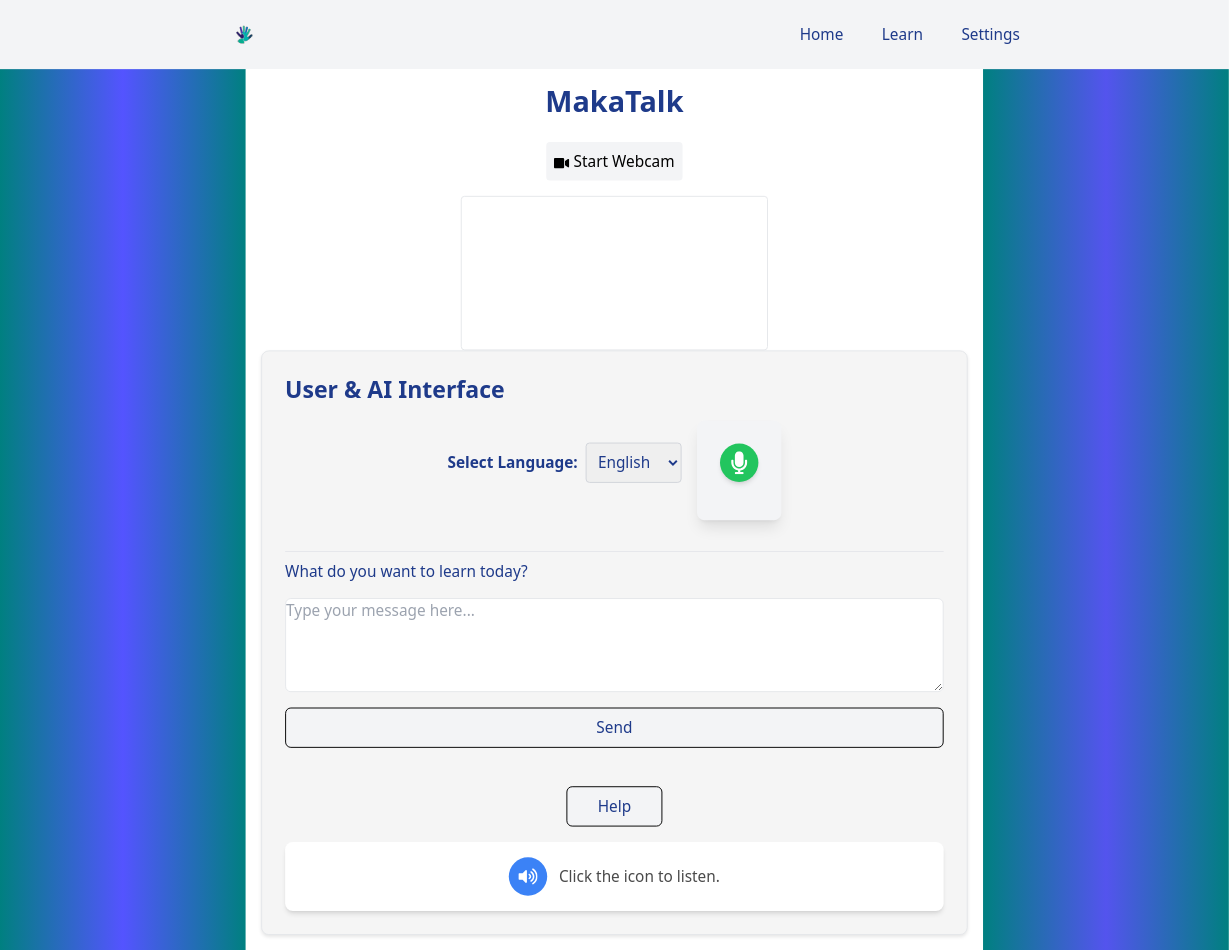
Repository: maria2469/MakaTalk
Page: /learn
These files come from the project's save history. The page is drawn as it stood at one moment and after the next save; the edit follows.
The browser window is 1280 px wide. The pictures show the whole page, at 96% of full size.
The page's requests for data from a server got no answer. The project was rebuilt for these pictures with package versions that can differ from the ones it lists, and the page was loaded fresh each time. No one was signed in, and anything a server would have sent is missing. Also part of the build but not shown: vite.config.js, src/components/LandingPage/Landing.jsx.

Above is the page before, as saved 2024-10-10 14:44:52.

### index.html
<!doctype html>
<html lang="en">
  <head>
    <meta charset="UTF-8" />
    <link rel="icon" type="image/svg+xml" href="/images/MakaTalkLogo.svg" />
    <meta name="viewport" content="width=device-width, initial-scale=1.0" />
    <title>MakaTalk</title>
  </head>
  <body>
    <div id="root"></div>
    <script type="module" src="/src/main.jsx"></script>
  </body>
</html>

### src/main.jsx

console.log('main.js loaded'); // Add this line


import { StrictMode } from 'react'
import { createRoot } from 'react-dom/client'
import App from './App.jsx'
import './index.css'

createRoot(document.getElementById('root')).render(
  <StrictMode>

    <App />
  </StrictMode>,
)

### src/App.jsx
import React from "react";
import { BrowserRouter as Router, Routes, Route } from "react-router-dom";
import Landing from "./components/LandingPage/Landing";
import Learn from "./components/Learn/Learn";

const App = () => {
  return (
    <Router>
      <Routes>
        <Route path="/" element={<Landing />} />
        <Route path="/learn" element={<Learn />} />
      </Routes>
    </Router>
  );
};

export default App;

### src/components/LandingPage/Navbar.jsx
import React from 'react';

const Navbar = () => {
  return (
    <div className="flex items-center justify-around p-3 bg-gray-100 text-blue-900 gap-40">
      <img src="/images/MakaTalkLogo.svg" alt="Logo" className="h-12 w-auto ml-5 justify-start" /> {/* Logo aligned to the extreme left */}
      <div className="flex space-x-10 mr-2 justify-center ">
        <p className="cursor-pointer hover:text-black">Home</p>
        <p className="cursor-pointer hover:text-black">Learn</p>
        <p className="cursor-pointer hover:text-black">Settings</p>
      </div>
    </div>
  );
}

export default Navbar;

### src/components/Choices/Colors/Colors.jsx
// Colors.js
const colorOptions = {
    black: {
        image: './images/BlackSIG.svg', // Ensure this path is correct
        instructions: 'To sign black, hold your hand flat and move it across your chest.',
    },
    blue: {
        image: './images/BlueSIG.svg', // Ensure this path is correct
        instructions: 'To sign blue, wave your hand near your chest.',
    },
    brown: {
        image: './images/BrownSIG.svg', // Ensure this path is correct
        instructions: 'To sign brown, use a flat hand and tap it on your forehead.',
    },
    gold: {
        image: './images/GoldSIG.svg', // Ensure this path is correct
        instructions: 'To sign gold, touch your fingers to your chin and move down.',
    },
    green: {
        image: './images/GreenSIG.svg', // Ensure this path is correct
        instructions: 'To sign green, point your finger up and wiggle it.',
    },
    grey: {
        image: './images/GreySIG.svg', // Ensure this path is correct
        instructions: 'To sign grey, make a “G” shape with your hand.',
    },
    orange: {
        image: './images/OrangeSIG.svg', // Ensure this path is correct
        instructions: 'To sign orange, use a fist and tap it on your side.',
    },
    pink: {
        image: './images/PinkSIG.svg', // Ensure this path is correct
        instructions: 'To sign pink, extend your pinky finger and wave it.',
    },
    purple: {
        image: './images/PurpleSIG.svg', // Ensure this path is correct
        instructions: 'To sign purple, move your hand in a circular motion.',
    },
    red: {
        image: './images/RedSIG.svg', // Ensure this path is correct
        instructions: 'To sign red, extend your hand and touch your chin.',
    },
    silver: {
        image: './images/SilverSIG.svg', // Ensure this path is correct
        instructions: 'To sign silver, make a fist and tap it on your wrist.',
    },
    white: {
        image: './images/WhiteSIG.svg', // Ensure this path is correct
        instructions: 'To sign white, wave your hand in front of your chest.',
    },
    yellow: {
        image: './images/YellowSIG.svg', // Ensure this path is correct
        instructions: 'To sign yellow, make a “Y” shape with your hand and shake it.',
    },
    // Add more colors and their corresponding images and instructions as needed
};

export default colorOptions;

### src/components/Languagedropdown/Language.jsx
import React from 'react';

const LanguageDropdown = ({ selectedLanguage, onLanguageChange, languages }) => {
  // Default language options in case languages aren't passed as props
  const defaultLanguages = [
    { code: 'en', label: 'English' },
    { code: 'es', label: 'Spanish' },
    { code: 'fr', label: 'French' },
    { code: 'de', label: 'German' },
    { code: 'zh', label: 'Chinese' },
    // Add more languages as needed
  ];

  const availableLanguages = languages || defaultLanguages; // Use passed languages or default

  return (
    <div className="language-dropdown mb-4">
      <label htmlFor="languageSelect" className="font-bold mr-2">
        Select Language:
      </label>
      <select
        id="languageSelect"
        aria-label="Select language"
        value={selectedLanguage}
        onChange={onLanguageChange} // Pass the handler from the parent
        className="border border-gray-300 rounded p-2"
      >
        {availableLanguages.map((lang) => (
          <option key={lang.code} value={lang.code}>
            {lang.label}
          </option>
        ))}
      </select>
    </div>
  );
};

export default LanguageDropdown;

### src/components/UserAiResponse/UserAiResponse.jsx
import React from 'react';

const UserAiResponse = ({ aiResponse, userInput, onInputChange, onSubmit }) => {
    return (
        <div className="flex flex-col">
            <div className="ai-response mb-4">
                <p>{aiResponse}</p>
            </div>
            <textarea
                placeholder="Type your message here..."
                rows="4"
                value={userInput}
                onChange={onInputChange}
            />
            <button className="common-button mt-4" onClick={onSubmit}>
                Send
            </button>
        </div>
    );
};

export default UserAiResponse;

### src/components/VoiceToVoice/VoiceToVoiceButton.jsx
import React, { useState } from 'react';
import { FaMicrophone } from 'react-icons/fa';
import UserAiResponse from '../UserAiResponse/UserAiResponse';
import TextToSpeech from '../TextToSpeech/TextToSpeech'; // Import the new TextToSpeech component

const VoiceToVoiceButton = ({ selectedLanguage }) => {
    const [userInput, setUserInput] = useState('');
    const [aiResponse, setAiResponse] = useState('');
    const [isProcessing, setIsProcessing] = useState(false);
    const [isListening, setIsListening] = useState(false);

    // Function to handle API call to backend
    const handleApiCall = async (inputText) => {
        setIsProcessing(true);

        try {
            const response = await fetch('/api/process-input', {
                method: 'POST',
                headers: {
                    'Content-Type': 'application/json',
                },
                body: JSON.stringify({
                    text: inputText,
                    language: selectedLanguage,
                }),
            });

            const data = await response.json();
            setAiResponse(data.response);
        } catch (error) {
            console.error('API call failed:', error);
        } finally {
            setIsProcessing(false);
        }
    };

    const handleInputChange = (event) => {
        setUserInput(event.target.value);
    };

    const handleSubmit = () => {
        if (userInput.trim()) {
            handleApiCall(userInput);
            setUserInput('');
        }
    };

    const handleSpeechRecognition = () => {
        if (!window.SpeechRecognition && !window.webkitSpeechRecognition) {
            console.error('SpeechRecognition is not supported in this browser');
            return;
        }

        const SpeechRecognition =
            window.SpeechRecognition || window.webkitSpeechRecognition;
        const recognition = new SpeechRecognition();

        recognition.lang = selectedLanguage;
        recognition.interimResults = false;
        recognition.continuous = false;

        recognition.onstart = () => setIsListening(true);

        recognition.onresult = (event) => {
            const transcriptedText = Array.from(event.results)
                .map((result) => result[0].transcript)
                .join('');
            handleApiCall(transcriptedText);
        };

        recognition.onend = () => setIsListening(false);
        recognition.onerror = (event) => console.error('SpeechRecognition error:', event.error);

        recognition.start();
    };

    return (
        <div className="voice-to-voice-button flex flex-col items-center p-6 bg-gray-100 rounded-lg shadow-lg">
            <div className="flex mb-4">
                <button
                    onClick={handleSpeechRecognition}
                    className={`p-2 rounded-full transition-colors duration-300 ${isListening ? 'bg-red-500' : 'bg-green-500 hover:bg-green-600'} text-white shadow-md`}
                    disabled={isProcessing}
                    aria-label="Voice Input"
                >
                    <FaMicrophone size={24} />
                </button>
            </div>

            {isProcessing && <p className="text-gray-600">Processing...</p>}

            {/* TextToSpeech Component for user input */}
            {userInput && (
                <div className="mt-2">
                    <TextToSpeech text={userInput} selectedLanguage={selectedLanguage} />
                </div>
            )}

            {/* TextToSpeech Component to play AI response in the selected language */}
            {aiResponse && (
                <div className="mt-2">
                    <TextToSpeech text={aiResponse} selectedLanguage={selectedLanguage} />
                </div>
            )}
        </div>
    );
};

export default VoiceToVoiceButton;

### src/components/TextToSpeech/TextToSpeech.jsx
import React, { useEffect, useState } from 'react';
import { FaVolumeUp } from 'react-icons/fa';
import "./TextToSpeech.css"

const TextToSpeech = ({ text, selectedLanguage }) => {
    const [isSpeaking, setIsSpeaking] = useState(false);

    const handleSpeak = () => {
        if (!text) return;

        // Initialize speech synthesis
        const synth = window.speechSynthesis;
        const utterance = new SpeechSynthesisUtterance(text);

        // Set language for speech synthesis
        utterance.lang = selectedLanguage;

        // Set speaking state to true when speaking starts
        utterance.onstart = () => {
            setIsSpeaking(true);
        };

        // Reset speaking state when speaking ends
        utterance.onend = () => {
            setIsSpeaking(false);
        };

        // Cancel any ongoing speech before starting a new one
        if (synth.speaking) {
            synth.cancel();
        }

        // Start speaking
        synth.speak(utterance);
    };

    return (
        <div className="text-to-speech flex items-center justify-center p-4 rounded-lg shadow-md bg-white">
            <button
                onClick={handleSpeak}
                className={`p-3 rounded-full transition-colors duration-200 ${isSpeaking ? 'bg-gray-500' : 'bg-blue-500 hover:bg-blue-600'} text-white`}
                disabled={isSpeaking}
                aria-label="Play Audio" // Added for accessibility
            >
                <FaVolumeUp size={20} />
            </button>
            <p className="ml-3 text-gray-800 font-medium">{isSpeaking ? `Speaking: ${text}` : 'Click the icon to listen.'}</p>
        </div>
    );
};

export default TextToSpeech;

### src/components/Learn/Webcam/Webcam.jsx
import React, { useRef, useState, useEffect } from 'react';
import { FaVideo, FaVideoSlash } from 'react-icons/fa'; // Import video and stop icons

const WebcamStream = () => {
  const videoRef = useRef(null);
  const canvasRef = useRef(null);
  const [isStreaming, setIsStreaming] = useState(false); // Toggle between streaming states
  const socket = useRef(null);

  useEffect(() => {
    // Setup WebSocket connection
    socket.current = new WebSocket("ws://localhost:5000"); // Assuming backend is running on localhost:5000
    socket.current.onopen = () => console.log("Connected to server");
    socket.current.onclose = () => console.log("Disconnected from server");

    return () => {
      if (socket.current) socket.current.close();
    };
  }, []);

  const startWebcam = async () => {
    try {
      const stream = await navigator.mediaDevices.getUserMedia({ video: true });
      videoRef.current.srcObject = stream;
      videoRef.current.play();
      setIsStreaming(true); // Webcam is now streaming
      captureFrames();
    } catch (error) {
      console.error("Error accessing webcam:", error);
    }
  };

  const stopWebcam = () => {
    const stream = videoRef.current.srcObject;
    const tracks = stream?.getTracks();
    if (tracks) {
      tracks.forEach(track => track.stop()); // Stop each track of the stream
      videoRef.current.srcObject = null; // Clear the video source
      setIsStreaming(false); // Webcam is no longer streaming
    }
  };

  const captureFrames = () => {
    if (!isStreaming || !videoRef.current || !canvasRef.current) return;

    const context = canvasRef.current.getContext('2d');
    const width = videoRef.current.videoWidth;
    const height = videoRef.current.videoHeight;

    // Set canvas dimensions to match the video element
    canvasRef.current.width = width;
    canvasRef.current.height = height;

    // Draw the current frame onto the canvas
    context.drawImage(videoRef.current, 0, 0, width, height);

    // Send the frame as an image data URL to the backend via WebSocket
    const frameData = canvasRef.current.toDataURL('image/jpeg'); // Convert the frame to a JPEG image
    socket.current.send(frameData); // Send the image data to the backend

    // Capture the next frame in the next animation frame
    requestAnimationFrame(captureFrames);
  };

  return (
    <div className="flex flex-col items-center">
      <button
        onClick={isStreaming ? stopWebcam : startWebcam} // Toggle between starting and stopping webcam
        className="mb-4 p-2 bg-gray-100 text-black rounded hover:bg-gray-200"
      >
        {isStreaming ? (
          <FaVideoSlash className="inline-block text-black" /> // Show stop icon when streaming
        ) : (
          <FaVideo className="inline-block text-black" /> // Show start icon when not streaming
        )}
        {isStreaming ? ' Stop Webcam' : ' Start Webcam'} {/* Toggle button label */}
      </button>
      <video ref={videoRef} width="320" height="240" className="border rounded" />
      <canvas ref={canvasRef} style={{ display: 'none' }} />
    </div>
  );
};

export default WebcamStream;

### src/components/Learn/Help/Help.jsx
import React, { useState } from 'react';
import GifStore from '../../GifStore/GifStore';

const Help = () => {
  const [isOpen, setIsOpen] = useState(false);
  const [helpOption, setHelpOption] = useState('');
  const [selectedGif, setSelectedGif] = useState('');

  const toggleHelpMenu = () => {
    setIsOpen((prev) => !prev);
    if (!isOpen) {
      setHelpOption(''); // Reset when closing
      setSelectedGif('');
    }
  };

  const handleOptionSelect = (option) => {
    setHelpOption(option);
    setIsOpen(false);
  };

  const handleColorSelect = (color) => {
    const gif = GifStore.getGif(color);
    setSelectedGif(gif || '');
    if (!gif) console.error(`GIF not found for the color: ${color}`);
  };

  const renderHelpOptions = () => (
    <div className="help-options bg-white border rounded shadow-md mt-2 p-4">
      <h3 className="font-bold mb-2">Select Help Option:</h3>
      {['AI', 'GIFs'].map((option) => (
        <button key={option} className="common-button" onClick={() => handleOptionSelect(option)}>
          Help from {option}
        </button>
      ))}
    </div>
  );

  const renderGifHelp = () => (
    <div className="gif-help mt-4">
      <h4 className="font-bold">Select a color for GIF help:</h4>
      {GifStore.colorGifs && Object.keys(GifStore.colorGifs).length > 0 ? (
        Object.keys(GifStore.colorGifs).map((color) => (
          <button key={color} className="common-button m-1" onClick={() => handleColorSelect(color)}>
            {color.charAt(0).toUpperCase() + color.slice(1)}
          </button>
        ))
      ) : (
        <p>No GIFs available. Please check GifStore configuration.</p>
      )}
      {selectedGif && <img src={selectedGif} alt="Color GIF" className="mt-2 w-full" />}
    </div>
  );

  const renderAIHelp = () => (
    <div className="ai-help mt-4">
      <h4 className="font-bold">AI Assistance</h4>
      <p>Here is some AI-powered assistance.</p>
      {/* Add your AI interaction logic here */}
    </div>
  );

  return (
    <div className="flex flex-col items-center mt-10">
      <button className="common-button" onClick={toggleHelpMenu}>Help</button>
      {isOpen && renderHelpOptions()}
      {helpOption === 'GIFs' && renderGifHelp()}
      {helpOption === 'AI' && renderAIHelp()}
    </div>
  );
};

export default Help;

### src/components/TextToSpeech/TextToSpeech.css
.text-to-speech {
    display: flex;
    align-items: center;
    justify-content: start;
    padding: 16px; /* Adjusted padding */
    border-radius: 8px; /* Rounded corners */
    background-color: #fff; /* White background for better contrast */
    box-shadow: 0 2px 4px rgba(0, 0, 0, 0.1); /* Subtle shadow */
    margin-top: 16px; /* Lift the component with top margin */
}

.text-to-speech button {
    padding: 10px; /* Added padding for better clickability */
    border-radius: 50%; /* Fully rounded button */
    transition: background-color 0.2s; /* Smooth transition for hover effect */
}

.text-to-speech p {
    margin-left: 12px; /* Space between button and text */
    color: #4A4A4A; /* Darker text color for better readability */
    font-weight: 500; /* Medium font weight */
}

### src/components/GifStore/GifStore.jsx
const colorGifs = {
  black: '/gifs/black.gif',
  blue: '/gifs/blue.gif',
  brown: '/gifs/brown.gif',
  gold: '/gifs/gold.gif',
  green: '/gifs/green.gif',
  grey: '/gifs/grey.gif',
  orange: '/gifs/orange.gif',
  pink: '/gifs/pink.gif',
  purple: '/gifs/purple.gif',
  red: '/gifs/red.gif',
  silver: '/gifs/silver.gif',
  white: '/gifs/white.gif',
  yellow: '/gifs/yellow.gif',
};

// Export the GIFs and any necessary functions
const GifStore = {
  colorGifs, // Ensure this is properly exported
  getGif: (color) => {
    if (colorGifs[color]) {
      return colorGifs[color];
    } else {
      console.warn(`No GIF found for color: ${color}`); // Add warning for unmatched colors
      return null;
    }
  },
};

export default GifStore;

Loaded but not shown: src/index.css (common file); tailwind.config.js (common file); src/components/Learn/Learn.jsx (129 lines, source omitted); src/components/Learn/Learn.css (143 lines, source omitted)

After the next save:
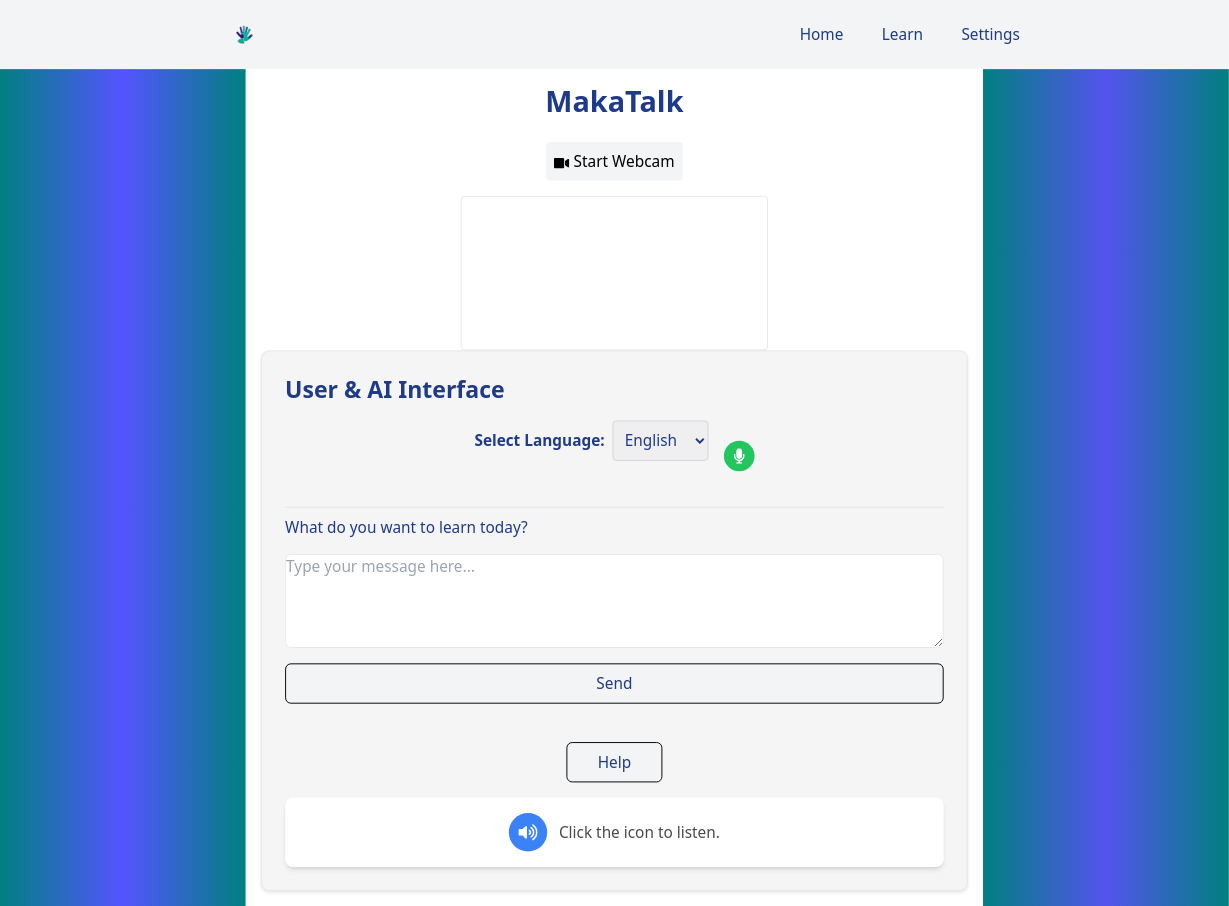
Saved 50 s later.
--- a/src/components/VoiceToVoice/VoiceToVoiceButton.jsx
+++ b/src/components/VoiceToVoice/VoiceToVoiceButton.jsx
@@ -75,32 +75,27 @@ const VoiceToVoiceButton = ({ selectedLanguage }) => {
     };
 
     return (
-        <div className="voice-to-voice-button flex flex-col items-center p-6 bg-gray-100 rounded-lg shadow-lg">
-            <div className="flex mb-4">
+        <div className="voice-to-voice-button">
+            <div className="flex mt-4">
                 <button
                     onClick={handleSpeechRecognition}
-                    className={`p-2 rounded-full transition-colors duration-300 ${isListening ? 'bg-red-500' : 'bg-green-500 hover:bg-green-600'} text-white shadow-md`}
+                    className={`p-2 rounded-full ${isListening ? 'bg-red-500' : 'bg-green-500'} text-white`}
                     disabled={isProcessing}
-                    aria-label="Voice Input"
                 >
-                    <FaMicrophone size={24} />
+                    <FaMicrophone />
                 </button>
             </div>
 
-            {isProcessing && <p className="text-gray-600">Processing...</p>}
+            {isProcessing && <p>Processing...</p>}
 
             {/* TextToSpeech Component for user input */}
             {userInput && (
-                <div className="mt-2">
-                    <TextToSpeech text={userInput} selectedLanguage={selectedLanguage} />
-                </div>
+                <TextToSpeech text={userInput} selectedLanguage={selectedLanguage} />
             )}
 
             {/* TextToSpeech Component to play AI response in the selected language */}
             {aiResponse && (
-                <div className="mt-2">
-                    <TextToSpeech text={aiResponse} selectedLanguage={selectedLanguage} />
-                </div>
+                <TextToSpeech text={aiResponse} selectedLanguage={selectedLanguage} />
             )}
         </div>
     );
